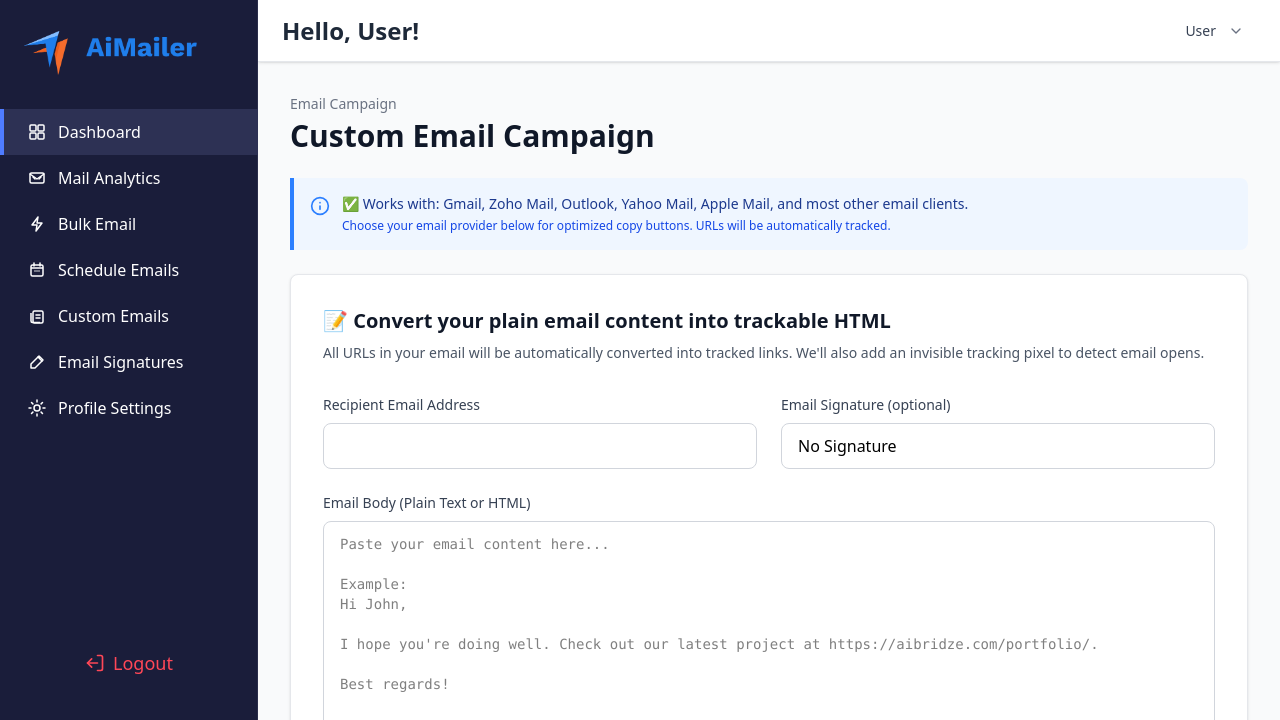
Repository: princesharma8630/AiEmailer-
Page: /custom-emails
These files come from the project's save history. The page is drawn as it stood at one moment and after the next save; the edit follows.
The browser window is 1280 px wide. The pictures show the whole page.
The page's requests for data from a server got no answer. An inner scrolling area shows only its first screen. The project was rebuilt for these pictures with package versions that can differ from the ones it lists, and the page was loaded fresh each time. No one was signed in, and anything a server would have sent is missing. Also part of the build but not shown: vite.config.ts, src/router/publicRouter.tsx, src/layouts/authLayout/authlayout.tsx, src/pages/signup/otppage.tsx, src/pages/login/resetpassword/ResetModule.tsx, src/pages/login/login.tsx, src/pages/signup/signup.tsx, src/component/dashbord/StatsCard.tsx and 26 more.

Above is the page before, as saved 2025-10-28 08:06:56.

### index.html
<!doctype html>
<html lang="en">
  <head>
    <meta charset="UTF-8" />
    <link rel="icon" type="image/png" href="/logo.png" />
    <meta name="viewport" content="width=device-width, initial-scale=1.0" />
    <title>AiMailer</title>
  </head>
  <body>
    <div id="root"></div>
    <script type="module" src="/src/main.tsx"></script>
  </body>
</html>

### src/main.tsx
import { StrictMode } from 'react'
import { createRoot } from 'react-dom/client'
import './index.css'
import App from './App.tsx'
import { Provider } from 'react-redux'
import store from './redux/store.ts'
import { BrowserRouter } from 'react-router-dom'

createRoot(document.getElementById('root')!).render(
  <StrictMode>
    <BrowserRouter>
     <Provider store={store}>
       <App />
    </Provider>
    </BrowserRouter>
  </StrictMode>,
)

### src/App.tsx


import './App.css';
import MainRouter from './router/mainRoputer';


function App() {
  return (
    <>
    <MainRouter/>
  </>)
}

export default App

### src/redux/store.ts
import { configureStore } from '@reduxjs/toolkit';
import authReducer from './slices/authSlices/authslice'; // ✅ make sure this path is correct
import dashboardReducer from './slices/dashboardslices/dashboardSlice';
import mailAnalytics from './slices/AnalysisSlice/mailAnalyticsSlice';
import  bulkEmailReducer  from './slices/bulkEmailSlice/bulkEmailSlice';
import scheduleEmailReducer from '../redux/slices/scheduleEmailSlice/scheduleEmailSlice';
import customEmailReducer from './slices/customEmailSlice/customEmailSlice'
export const store = configureStore({
  reducer: {
    auth: authReducer,
    dashboard:dashboardReducer,
    mailAnalytics:mailAnalytics,
    bulkEmailReducer: bulkEmailReducer,
    scheduleEmail: scheduleEmailReducer,
    customEmal: customEmailReducer,

  },
});

// ✅ Export types for use across your app
export type RootState = ReturnType<typeof store.getState>;
export type AppDispatch = typeof store.dispatch;

export default store;

### src/router/mainRoputer.tsx
import { Route, Routes } from "react-router-dom";
import RouterConstant from "../constants/routerConstant";
import PublicRouter from "./publicRouter";
import PrivateRouter from "./privateRouter";
import AuthLayout from "../layouts/authLayout/authlayout";
import MainLayout from "../layouts/mainlayout/mainlayout";
import OTPPage from "../pages/signup/otppage";
import LoginPage from "../pages/login/login";
import SignupPage from "../pages/signup/signup";
import Dashboard from "../pages/dashboard/dashboard";
import MailAnalytics from "../pages/mailAnalytics/mailAnalytics";
import HomePage from "../pages/home/home";
import BulkEmail from "../pages/bulkEmail/bulkEmail";
import ScheduleEmails from "../pages/scheduleEmails/ScheduleEmails";
import { CustomEmail } from "../pages/customEmail/customEmail";



function MainRouter() {
   return (
      <Routes>
         {/* Public Routes with AuthLayout */}
         <Route element={<PublicRouter/>}>
            <Route element={<AuthLayout/>}>
               <Route path="/" element={<HomePage/>}/>
               <Route path={RouterConstant.Home} element={<HomePage/>} />
               <Route path={RouterConstant.Login} element={<LoginPage/>} />
               <Route path={RouterConstant.SignUp} element={<SignupPage/>} />
               <Route path={RouterConstant.Otp} element={<OTPPage/>}/>
               <Route path={RouterConstant.Login} element={<LoginPage/>}/>
            </Route>
         </Route>

         {/* Private Routes with MainLayout */}
         <Route element={<PrivateRouter/>}>
            <Route element={<MainLayout/>}>
               <Route path={RouterConstant.Dashboard} element={<Dashboard/>} />
               <Route path={RouterConstant.MailAnalytices} element={<MailAnalytics/>} />
               <Route path={RouterConstant.BULK_EMAIL} element={<BulkEmail/>} />
               <Route path={RouterConstant.SCHEDULE_EMAILS} element={<ScheduleEmails/>} />
               <Route path={RouterConstant.CUSTOM_EMAILS} element={<CustomEmail/>} />
               <Route path="/email-signatures" element={<h1 className="p-6">Email Signatures Content</h1>} />
               <Route path="/profile-settings" element={<h1 className="p-6">Profile Settings Content</h1>} />
            </Route>
         </Route>
      </Routes>
   )
}

export default MainRouter;

### src/redux/slices/AnalysisSlice/mailAnalyticsSlice.ts
import { createSlice, createAsyncThunk, type PayloadAction } from '@reduxjs/toolkit';
import { mailAnalyticsService,type MailAnalyticsData } from '../../../services/mailAnalyticsServices';

interface MailAnalyticsState {
  analytics: MailAnalyticsData[];
  loading: boolean;
  error: string | null;
  searchQuery: string;
  currentPage: number;
  totalPages: number;
  total: number;
}

const initialState: MailAnalyticsState = {
  analytics: [],
  loading: false,
  error: null,
  searchQuery: '',
  currentPage: 1,
  totalPages: 1,
  total: 0,
};

// Async thunks
export const fetchMailAnalytics = createAsyncThunk(
  'mailAnalytics/fetchAll',
  async (params: { page?: number; limit?: number; search?: string }) => {
    const response = await mailAnalyticsService.getMailAnalytics(params);
    return response;
  }
);

export const fetchEmailAnalytics = createAsyncThunk(
  'mailAnalytics/fetchEmail',
  async (email: string) => {
    const response = await mailAnalyticsService.getEmailAnalytics(email);
    return response;
  }
);

const mailAnalyticsSlice = createSlice({
  name: 'mailAnalytics',
  initialState,
  reducers: {
    setSearchQuery: (state, action: PayloadAction<string>) => {
      state.searchQuery = action.payload;
    },
    setCurrentPage: (state, action: PayloadAction<number>) => {
      state.currentPage = action.payload;
    },
    clearError: (state) => {
      state.error = null;
    },
  },
  extraReducers: (builder) => {
    builder
      // Fetch all analytics
      .addCase(fetchMailAnalytics.pending, (state) => {
        state.loading = true;
        state.error = null;
      })
      .addCase(fetchMailAnalytics.fulfilled, (state, action) => {
        state.loading = false;
        state.analytics = action.payload.data;
        state.total = action.payload.total;
        state.totalPages = Math.ceil(action.payload.total / action.payload.limit);
      })
      .addCase(fetchMailAnalytics.rejected, (state, action) => {
        state.loading = false;
        state.error = action.error.message || 'Failed to fetch analytics';
      })
      // Fetch single email analytics
      .addCase(fetchEmailAnalytics.pending, (state) => {
        state.loading = true;
        state.error = null;
      })
      .addCase(fetchEmailAnalytics.fulfilled, (state) => {
        state.loading = false;
      })
      .addCase(fetchEmailAnalytics.rejected, (state, action) => {
        state.loading = false;
        state.error = action.error.message || 'Failed to fetch email analytics';
      });
  },
});

export const { setSearchQuery, setCurrentPage, clearError } = mailAnalyticsSlice.actions;
export default mailAnalyticsSlice.reducer;

### src/constants/routerConstant.tsx

const RouterConstant={
    Login:"/login",
    Dashboard:"/dashboard",
    Home:"/home",
    SignUp:'signup',
    Otp:"/otp",
    PasswordPage:"/passwordpage",
    MailAnalytices:"/mailAnalytices",


   //Bulk Email Routes
  BULK_EMAIL: '/bulk-email',
  SCHEDULE_EMAILS: '/schedule-emails',
  CUSTOM_EMAILS: '/custom-emails',
  EMAIL_SIGNATURES: '/email-signatures',
  PROFILE_SETTINGS: '/profile-settings',
  CAMPAIGN_DETAIL: '/campaign/:campaignId',
  CAMPAIGN_TRACKING: '/campaign/:campaignId/tracking',

}
export default RouterConstant;

### src/router/privateRouter.tsx
import React from "react";
import { Navigate, Outlet } from "react-router-dom";
import { useSelector } from "react-redux";
import type { RootState } from "../redux/store";
import RouterConstant from "../constants/routerConstant";

const PrivateRouter: React.FC = () => {
  const { isLoggedIn, isInitialized } = useSelector((state: RootState) => state.auth);
  const token = localStorage.getItem('token');

  // Show loading while checking auth status
  if (!isInitialized ) {
    return (
      <Outlet/>
    );
  }

  // Check both Redux state and localStorage token
  if (!isLoggedIn || !token || false) {
    return <Navigate to={RouterConstant.Login} replace />;
  }

  return <Outlet />;
};

export default PrivateRouter;

### src/layouts/mainlayout/mainlayout.tsx
import { useState } from 'react';
import { Outlet } from 'react-router-dom';
import Sidebar from '../../component/sidebar/sidebar';
import Topbar from '../../component/topbar/topbar';

const MainLayout = () => {
  const [isMobileSidebarOpen, setIsMobileSidebarOpen] = useState(false);
  const [activeItem, setActiveItem] = useState('Dashboard');

  return (
    <div className="flex h-screen overflow-hidden bg-gray-50">
      {/* Sidebar Component */}
      <Sidebar
        isOpen={isMobileSidebarOpen}
        onClose={() => setIsMobileSidebarOpen(false)}
        activeItem={activeItem}
        setActiveItem={setActiveItem}
      />

      {/* Main Content Area */}
      <div className="flex-1 flex flex-col overflow-hidden">
        {/* Topbar Component - Only needs onMenuClick prop */}
        <Topbar onMenuClick={() => setIsMobileSidebarOpen(true)} />

        {/* Main Content - This is where your pages will render */}
        <main className="flex-1 overflow-y-auto overflow-x-hidden max-w-[1120px]">
          <Outlet />
        </main>
      </div>
    </div>
  );
};

export default MainLayout;

### src/services/mailAnalyticsServices/index.ts
import axios from 'axios';
import { mockMailAnalyticsService } from './mock';

const API_BASE_URL = import.meta.env.VITE_API_BASE_URL || 'http://localhost:3000/api';

export interface MailAnalyticsData {
  recipientEmail: string;
  totalOpens: number;
  totalClicks: number;
  lastActivity: string;
}

export interface MailAnalyticsResponse {
  data: MailAnalyticsData[];
  total: number;
  page: number;
  limit: number;
}

// Toggle between mock and real API
const USE_MOCK = true; // Set to false when real API is ready

// Real API service
const realApiService = {
  // Get all mail analytics
  getMailAnalytics: async (params?: {
    page?: number;
    limit?: number;
    search?: string;
  }): Promise<MailAnalyticsResponse> => {
    try {
      const response = await axios.get(`${API_BASE_URL}/mail-analytics`, {
        params,
        headers: {
          Authorization: `Bearer ${localStorage.getItem('token')}`,
        },
      });
      return response.data;
    } catch (error) {
      throw error;
    }
  },

  // Get analytics for specific email
  getEmailAnalytics: async (email: string) => {
    try {
      const response = await axios.get(
        `${API_BASE_URL}/mail-analytics/${email}`,
        {
          headers: {
            Authorization: `Bearer ${localStorage.getItem('token')}`,
          },
        }
      );
      return response.data;
    } catch (error) {
      throw error;
    }
  },
};

// Export based on USE_MOCK flag
export const mailAnalyticsService = USE_MOCK ? mockMailAnalyticsService : realApiService;

### src/services/customEmailService/index.ts

import type { TrackingContent, EmailSignature } from '../../type/customEmail.type';
import { TrackingGenerator } from './trackingGenerator';
import { EmailValidator } from './emailValidator';
import { EMAIL_SIGNATURES_DATA } from '../../constants/emailSignatures.constants';

export class CustomEmailService {
  // Get all signatures
  static async fetchSignatures(): Promise<EmailSignature[]> {
    return new Promise((resolve) => {
      setTimeout(() => {
        resolve(EMAIL_SIGNATURES_DATA);
      }, 300);
    });
  }

  // Generate trackable email content
  static async generateTrackingContent(
    recipientEmail: string,
    emailBody: string,
    signatureId: string | null,
    signatures: EmailSignature[]
  ): Promise<TrackingContent> {
    return new Promise((resolve, reject) => {
      // Validate form
      const validation = EmailValidator.validateEmailForm(recipientEmail, emailBody);

      if (!validation.isValid) {
        reject(new Error(validation.errors.join(', ')));
        return;
      }

      setTimeout(() => {
        // Get signature content
        const signatureContent = signatureId
          ? signatures.find(s => s.id === signatureId)?.content || ''
          : '';

        // Generate tracked HTML
        const { trackingId, html, linksCount } = TrackingGenerator.generateTrackedHtml(
          emailBody,
          recipientEmail,
          signatureContent
        );

        const trackingContent: TrackingContent = {
          trackingId,
          trackedHtml: html,
          originalLinksCount: linksCount,
          generatedAt: new Date().toISOString()
        };

        resolve(trackingContent);
      }, 1000);
    });
  }

  // Save tracking info to backend (mock)
  static async saveTrackingInfo(
    trackingId: string,
    recipientEmail: string,
    senderEmail: string
  ): Promise<void> {
    return new Promise((resolve) => {
      setTimeout(() => {
        console.log('Tracking info saved:', {
          trackingId,
          recipientEmail,
          senderEmail,
          timestamp: new Date().toISOString()
        });
        resolve();
      }, 200);
    });
  }
}

export { EmailValidator, TrackingGenerator };

### src/component/customEmail/EmailFormSection.tsx

import React from 'react';

interface EmailFormSectionProps {
  recipientEmail: string;
  onRecipientChange: (email: string) => void;
  signatureId: string | null;
  onSignatureChange: (id: string | null) => void;
  signatures: Array<{ id: string; name: string }>;
}

export const EmailFormSection: React.FC<EmailFormSectionProps> = ({
  recipientEmail,
  onRecipientChange,
  signatureId,
  onSignatureChange,
  signatures
}) => {
  return (
    <div className="grid grid-cols-2 gap-6 mb-6">
      <div>
        <label className="block text-sm font-medium text-gray-700 mb-2">
          Recipient Email Address
        </label>
        <input
          type="email"
          value={recipientEmail}
          onChange={(e) => onRecipientChange(e.target.value)}
          className="w-full px-4 py-2.5 border border-gray-300 rounded-lg focus:ring-2 focus:ring-blue-500 focus:border-transparent outline-none transition"
        />
      </div>

      <div>
        <label className="block text-sm font-medium text-gray-700 mb-2">
          Email Signature (optional)
        </label>
        <select
          value={signatureId || ''}
          onChange={(e) => onSignatureChange(e.target.value || null)}
          className="w-full px-4 py-2.5 border border-gray-300 rounded-lg focus:ring-2 focus:ring-blue-500 focus:border-transparent outline-none transition appearance-none bg-white cursor-pointer"
        >
          <option value="">No Signature</option>
          {signatures.map(sig => (
            <option key={sig.id} value={sig.id}>{sig.name}</option>
          ))}
        </select>
      </div>
    </div>
  );
};

### src/component/customEmail/EmailBodyEditor.tsx

import React from 'react';

interface EmailBodyEditorProps {
  emailBody: string;
  onBodyChange: (body: string) => void;
}

export const EmailBodyEditor: React.FC<EmailBodyEditorProps> = ({
  emailBody,
  onBodyChange
}) => {
  return (
    <div className="mb-6">
      <label className="block text-sm font-medium text-gray-700 mb-2">
        Email Body (Plain Text or HTML)
      </label>
      <textarea
        placeholder="Paste your email content here...

Example:
Hi John,

I hope you're doing well. Check out our latest project at https://aibridze.com/portfolio/.

Best regards!"
        value={emailBody}
        onChange={(e) => onBodyChange(e.target.value)}
        rows={12}
        className="w-full px-4 py-3 border border-gray-300 rounded-lg focus:ring-2 focus:ring-blue-500 focus:border-transparent outline-none resize-vertical transition font-mono text-sm"
      />
      <p className="mt-2 text-xs text-gray-500">
        💡 Tip: URLs will be automatically converted to trackable links
      </p>
    </div>
  );
};

### src/services/mailAnalyticsServices/mock.ts
import type { MailAnalyticsResponse } from './index';

const mockData = [
  {
    recipientEmail: 'phoenix.project@randommail.com',
    totalOpens: 25,
    totalClicks: 25,
    lastActivity: '2025-08-10T14:32:11Z',
  },
  {
    recipientEmail: 'nebula.operation@randommail.com',
    totalOpens: 30,
    totalClicks: 30,
    lastActivity: '2025-08-10T09:45:27Z',
  },
  {
    recipientEmail: 'horizon.initiative@randommail.com',
    totalOpens: 45,
    totalClicks: 45,
    lastActivity: '2025-08-10T18:20:55Z',
  },
  {
    recipientEmail: 'atlas.venture@randommail.com',
    totalOpens: 28,
    totalClicks: 28,
    lastActivity: '2025-08-10T11:05:38Z',
  },
  {
    recipientEmail: 'echo.mission@randommail.com',
    totalOpens: 50,
    totalClicks: 50,
    lastActivity: '2025-08-10T22:15:49Z',
  },
  {
    recipientEmail: 'quantum.task@randommail.com',
    totalOpens: 35,
    totalClicks: 35,
    lastActivity: '2025-08-10T03:50:12Z',
  },
  {
    recipientEmail: 'odyssey.program@randommail.com',
    totalOpens: 60,
    totalClicks: 60,
    lastActivity: '2025-08-10T17:30:04Z',
  },
  {
    recipientEmail: 'apex.strategy@randommail.com',
    totalOpens: 70,
    totalClicks: 70,
    lastActivity: '2025-08-10T12:00:00Z',
  },
];

export const mockMailAnalyticsService = {
  getMailAnalytics: async (params?: {
    page?: number;
    limit?: number;
    search?: string;
  }): Promise<MailAnalyticsResponse> => {
    return new Promise((resolve) => {
      setTimeout(() => {
        const page = params?.page || 1;
        const limit = params?.limit || 10;
        const search = params?.search?.toLowerCase() || '';

        // Filter by search
        let filteredData = mockData;
        if (search) {
          filteredData = mockData.filter((item) =>
            item.recipientEmail.toLowerCase().includes(search)
          );
        }

        // Paginate
        const startIndex = (page - 1) * limit;
        const endIndex = startIndex + limit;
        const paginatedData = filteredData.slice(startIndex, endIndex);

        resolve({
          data: paginatedData,
          total: filteredData.length,
          page: page,
          limit: limit,
        });
      }, 500); // Simulate network delay
    });
  },

  getEmailAnalytics: async (email: string) => {
    return new Promise((resolve) => {
      setTimeout(() => {
        const emailData = mockData.find((item) => item.recipientEmail === email);
        resolve(emailData);
      }, 300);
    });
  },
};

### src/services/customEmailService/emailValidator.ts

export class EmailValidator {
  static isValidEmail(email: string): boolean {
    const emailRegex = /^[^\s@]+@[^\s@]+\.[^\s@]+$/;
    return emailRegex.test(email);
  }

  static validateEmailForm(recipientEmail: string, emailBody: string): {
    isValid: boolean;
    errors: string[];
  } {
    const errors: string[] = [];

    if (!recipientEmail.trim()) {
      errors.push('Recipient email is required');
    } else if (!this.isValidEmail(recipientEmail)) {
      errors.push('Please enter a valid email address');
    }

    if (!emailBody.trim()) {
      errors.push('Email body is required');
    } else if (emailBody.trim().length < 10) {
      errors.push('Email body must be at least 10 characters');
    }

    return {
      isValid: errors.length === 0,
      errors
    };
  }
}

### src/services/bulkEmailService/mailValidator.ts
// services/bulkEmailServices/emailValidator.ts

export class EmailValidator {

  static isValidEmail(email: string): boolean {
    const emailRegex = /^[^\s@]+@[^\s@]+\.[^\s@]+$/;
    return emailRegex.test(email);
  }

  static isDisposableEmail(email: string): boolean {
    const disposableDomains = [
      'tempmail.com',
      '10minutemail.com',
      'guerrillamail.com',
      'mailinator.com',
      // Add more...
    ];

    const domain = email.split('@')[1]?.toLowerCase();
    return disposableDomains.includes(domain);
  }

  static validateBulk(emails: string[]): {
    valid: string[];
    invalid: string[];
    duplicates: string[];
  } {
    const valid: string[] = [];
    const invalid: string[] = [];
    const seen = new Set<string>();
    const duplicates: string[] = [];

    for (const email of emails) {
      const trimmedEmail = email.trim().toLowerCase();

      if (!this.isValidEmail(trimmedEmail)) {
        invalid.push(email);
        continue;
      }

      if (seen.has(trimmedEmail)) {
        duplicates.push(email);
        continue;
      }

      seen.add(trimmedEmail);
      valid.push(trimmedEmail);
    }

    return { valid, invalid, duplicates };
  }
}

Loaded but not shown: src/App.css (common file); src/redux/slices/authSlices/authslice.ts (291 lines, source omitted); src/redux/slices/bulkEmailSlice/bulkEmailSlice.ts (298 lines, source omitted); src/redux/slices/dashboardslices/dashboardSlice.ts (256 lines, source omitted); src/component/sidebar/sidebar.tsx (186 lines, source omitted); src/pages/customEmail/customEmail.tsx (209 lines, source omitted); src/services/dashboardServices/dashboardService.ts (279 lines, source omitted); src/services/authServices/index.ts (259 lines, source omitted); src/redux/slices/scheduleEmailSlice/scheduleEmailSlice.ts (225 lines, source omitted); src/services/bulkEmailService/index.ts (169 lines, source omitted); src/component/topbar/topbar.tsx (107 lines, source omitted); src/redux/slices/customEmailSlice/customEmailSlice.ts (109 lines, source omitted); src/services/bulkEmailService/csvParser.ts (130 lines, source omitted); src/services/scheduleEmail.types/index.ts (122 lines, source omitted); src/index.css (no stored copy; drawn as an empty file)

After the next save:
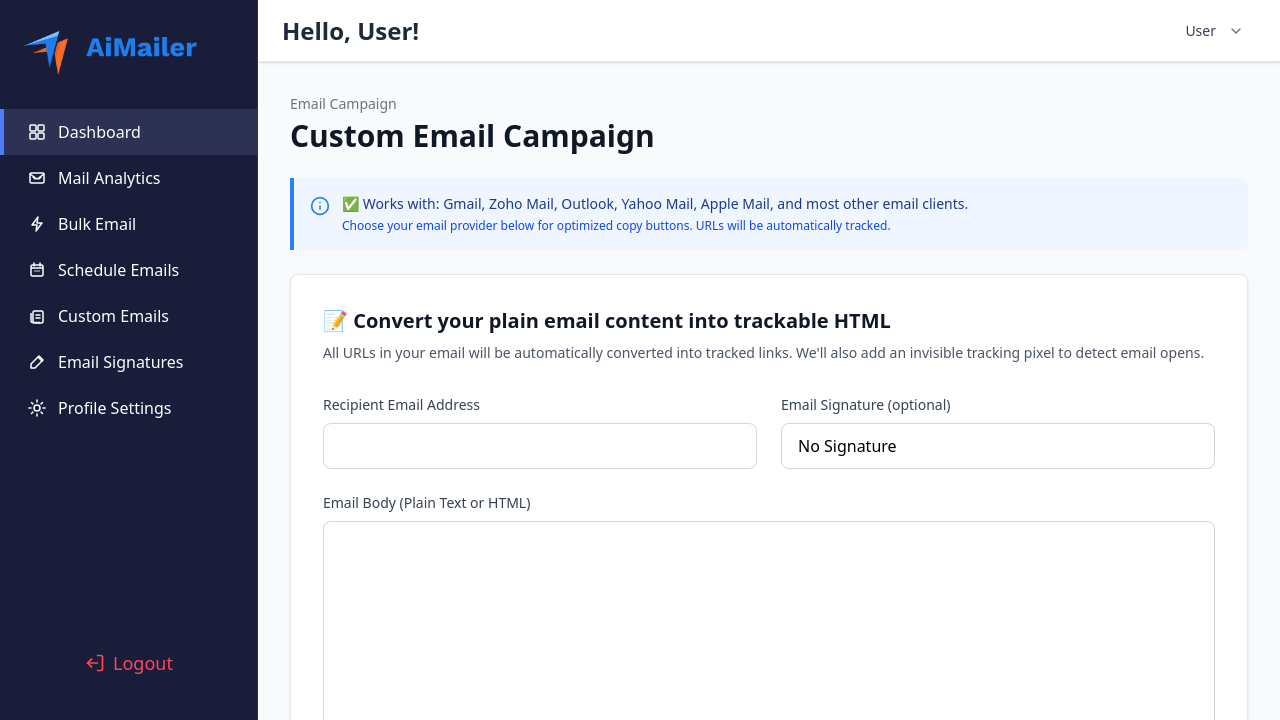
Saved 32 s later.
--- a/src/component/customEmail/EmailBodyEditor.tsx
+++ b/src/component/customEmail/EmailBodyEditor.tsx
@@ -16,14 +16,7 @@ export const EmailBodyEditor: React.FC<EmailBodyEditorProps> = ({
         Email Body (Plain Text or HTML)
       </label>
       <textarea
-        placeholder="Paste your email content here...
 
-Example:
-Hi John,
-
-I hope you're doing well. Check out our latest project at https://aibridze.com/portfolio/.
-
-Best regards!"
         value={emailBody}
         onChange={(e) => onBodyChange(e.target.value)}
         rows={12}
